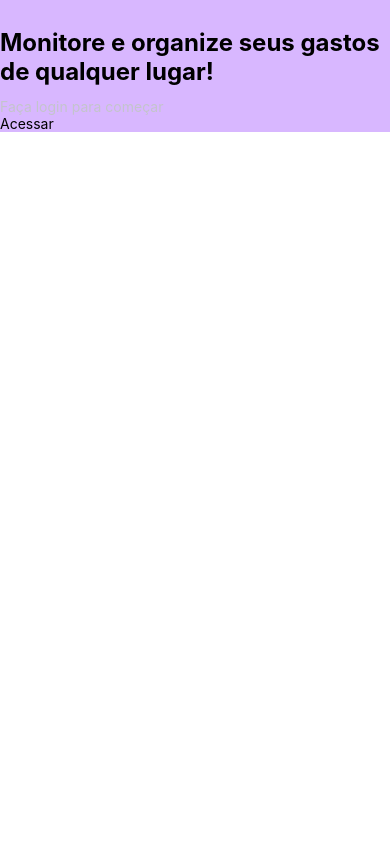
Repository: zz4fff/finance2
Page: /
These files come from the project's save history. The page is drawn as it stood at one moment and after the next save; the edit follows.
The browser window is 390 px wide. The pictures show the whole page.
The app was drawn by React Native's web renderer in a window 390 px wide. The project was rebuilt for these pictures with package versions that can differ from the ones it lists, and the page was loaded fresh each time. Some packages were replaced by stand-ins written for this rebuild.

Above is the page before, as saved 2026-04-17 19:18:39.

After the next save:
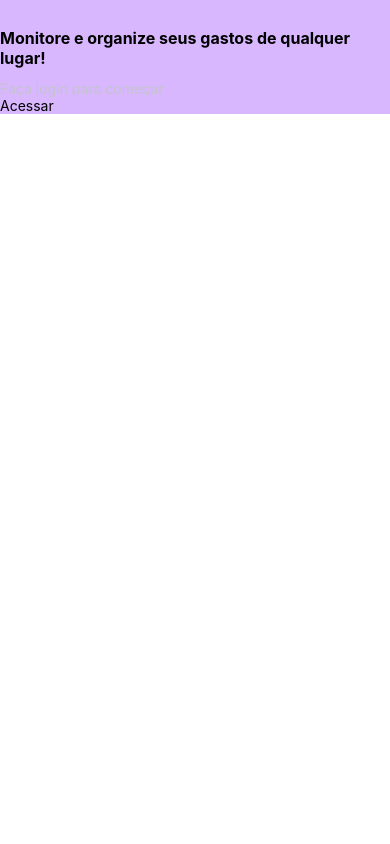
Saved 2 min 33 s later.
--- a/src/pages/Welcome/index.js
+++ b/src/pages/Welcome/index.js
@@ -25,7 +25,7 @@ const styles = StyleSheet.create({
   },
 
   title: {
-    fontSize: 24,
+    fontSize: 16,
     fontWeight: 'bold',
     marginTop: 28,
     marginBottom: 12,
